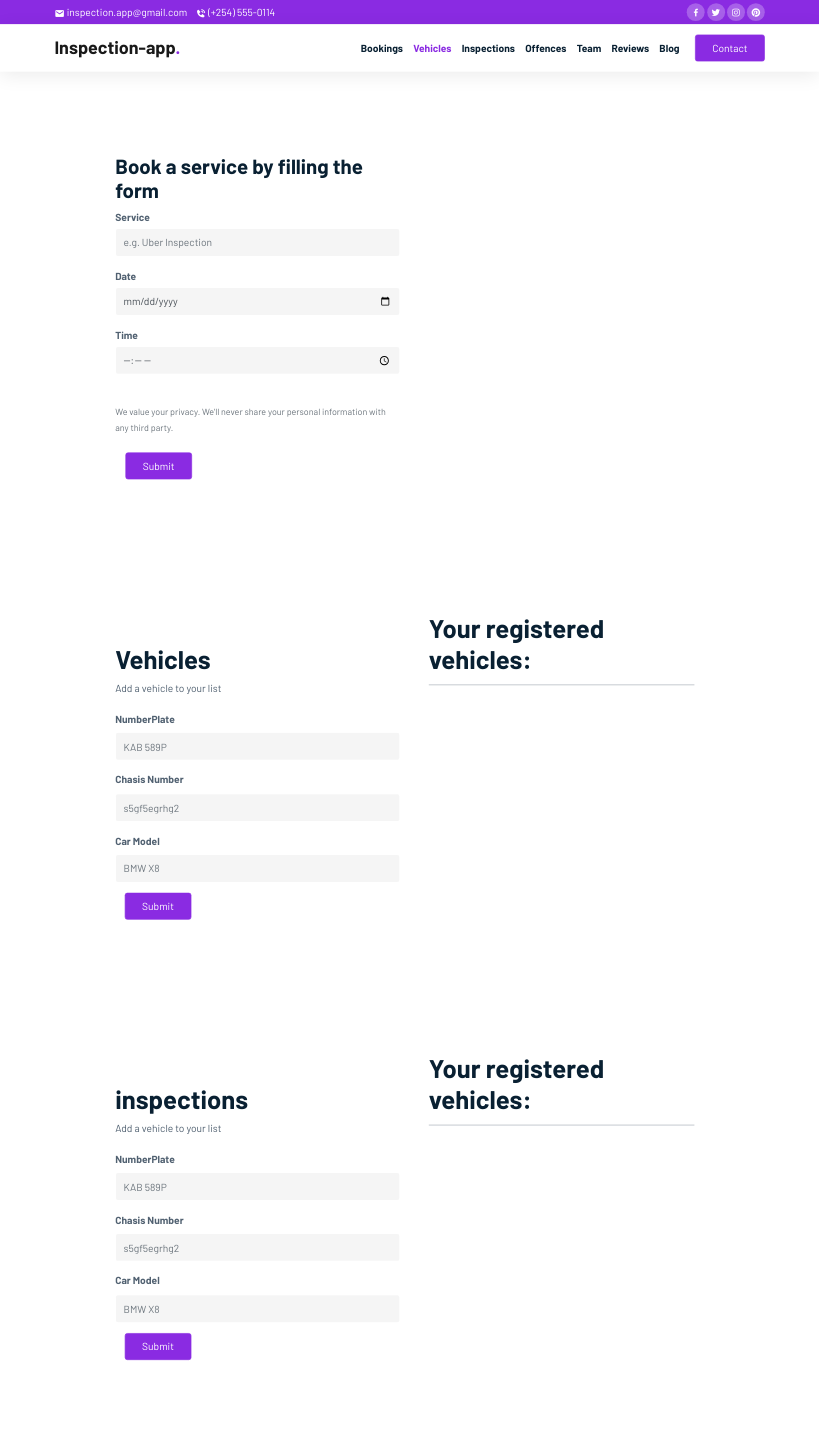
Repository: Jaynie8085/INSPECTION-APP
Page: client/dashboard.html
An editor plug-in stored every save of this project. The page is shown before and after the next save, followed by the edit.
The browser window is 1280 px wide. The pictures show the whole page, at 64% of full size.
The page's requests for data from a server got no answer. Some web libraries are served in a nearby version.

Above is the page before, as saved 2022-10-15 02:56:41.

### client/dashboard.html
<!DOCTYPE html>
<html lang="en">
<head>
    <meta charset="UTF-8">
    <meta http-equiv="X-UA-Compatible" content="IE=edge">
    <meta name="viewport" content="width=device-width, initial-scale=1.0"><script src="/js/axios/dist/axios.min.js"></script> <script src="main.js"></script>
        <!-- Bootstrap CSS -->
    <link rel="stylesheet" href="css/bootstrap.min.css">
    <link rel="stylesheet" href="css/owl.carousel.min.css">
    <link rel="stylesheet" href="css/owl.theme.default.min.css">
    <link href='https://unpkg.com/boxicons@2.1.1/css/boxicons.min.css' rel='stylesheet'>
    <link rel="stylesheet" href="https://stackpath.bootstrapcdn.com/bootstrap/4.1.3/css/bootstrap.min.css" integrity="sha384-MCw98/SFnGE8fJT3GXwEOngsV7Zt27NXFoaoApmYm81iuXoPkFOJwJ8ERdknLPMO"
    crossorigin="anonymous">
    <link rel="stylesheet" href="css/style.css">
    <title>userDashboard</title>
</head>
<body>
<body  data-bs-spy="scroll" data-bs-target=".navbar" data-bs-offset="70">


    <!-- TOP NAV -->
    <div class="top-nav" id="home">
        <div class="container">
            <div class="row justify-content-between">
                <div class="col-auto">
                    <p> <i class='bx bxs-envelope'></i> inspection.app@gmail.com</p>
                    <p> <i class='bx bxs-phone-call'></i> (+254) 555-0114</p>
                </div>
                <div class="col-auto social-icons">
                    <a href="#"><i class='bx bxl-facebook'></i></a>
                    <a href="#"><i class='bx bxl-twitter'></i></a>
                    <a href="#"><i class='bx bxl-instagram'></i></a>
                    <a href="#"><i class='bx bxl-pinterest'></i></a>
                </div>
            </div>
        </div>
    </div>

    <!-- BOTTOM NAV -->
    <nav class="navbar navbar-expand-lg navbar-light bg-white sticky-top">
        <div class="container">
            <a class="navbar-brand" href="index.html">Inspection-app<span class="dot">.</span></a>
            <button class="navbar-toggler" type="button" data-bs-toggle="collapse" data-bs-target="#navbarNav"
                aria-controls="navbarNav" aria-expanded="false" aria-label="Toggle navigation">
                <span class="navbar-toggler-icon"></span>
            </button>
            <div class="collapse navbar-collapse" id="navbarNav">
                <ul class="navbar-nav ms-auto">
                    <li class="nav-item">
                        <a class="nav-link" href="#home">Bookings</a>
                    </li>
                    <li class="nav-item">
                        <a class="nav-link" href="#vehicles">Vehicles</a>
                    </li>
                    <li class="nav-item">
                        <a class="nav-link" href="#services">Inspections</a>
                    </li>
                    <li class="nav-item">
                        <a class="nav-link" href="#portfolio">Offences</a>
                    </li>
                    <li class="nav-item">
                        <a class="nav-link" href="#team">Team</a>
                    </li>
                    <li class="nav-item">
                        <a class="nav-link" href="#reviews">Reviews</a>
                    </li>
                    <li class="nav-item">
                        <a class="nav-link" href="#blog">Blog</a>
                    </li>
                </ul>
                <a href="#" data-bs-toggle="modal" data-bs-target="#exampleModal" class="btn btn-brand ms-lg-3">Contact</a>
            </div>
        </div>
    </nav>
    <!-- Booking -->
    <section id="profile">
        <div class="container">
            <div class="row justify-content-center">
                <div id="customer-frm" class="col-lg-5 py-5">
                    <form  >
                        <h2>Book a service by filling the form </h2>
                    <div class="form-group">
                        <label for="service">Service</label>
                        <input type="service" class="form-control" id="service" aria-describedby="emailHelp" placeholder="e.g. Uber Inspection  ">

                    </div>
                    <div class="form-group">
                        <label for="date">Date</label>
                        <input type="date" class="form-control" id="date" >
                    </div>
                    <div class="form-group">
                        <label for="time">Time</label>
                        <input type="time" class="form-control" id="time">
                    </div>
                    <br><small id="emailHelp" class="form-text text-muted">We value your privacy. We'll never share your personal information with any third party.</small><br>
                    <button type="submit" class="btn btn-brand ms-lg-3" onclick="Booking();">Submit</button>
                    </form>

                </div>
                <div id="data-table" class="col-lg-5">

            </div>
        </div>
    </section>

    <!-- vehicles -->
    <section id="vehicles">
        <div class="container">
            <div class="row justify-content-center">
            <div id="customer-frm" class="col-lg-5 py-5">
                <form  >
                    <h1>Vehicles</h1>
                    <p>Add a vehicle to your list</p>
                    <div class="form-group">
                        <label for="numberplate" class="form-label">NumberPlate</label>
                        <input type="text" class="form-control" placeholder="KAB 589P" id="numberplate"
                            aria-describedby="emailHelp">
                    </div>
                    <div class="form-group">
                        <label for="chasisnumber" class="form-label">Chasis Number </label>
                        <input type="text" class="form-control" placeholder="s5gf5egrhg2" id="chasisnumber"
                            aria-describedby="emailHelp">
                    </div>
                    <div class="form-group">
                        <label for="model" class="form-label">Car Model</label>
                        <input type="model" class="form-control" placeholder="BMW X8" id="model"
                            aria-describedby="emailHelp">
                    </div>
                    <!-- <div class="col-12">
                        <label for="exampleInputEmail1" class="form-label">Enter General Description</label>
                        <textarea name="" placeholder="Type in your cars general description." class="form-contid=""  rows="4"></textarea>
                    </div> -->

                    <div class="col-12">
                        <button type="submit" class="btn btn-brand" onclick="vehicles();">Submit</button>
                    </div>
                </form>
                </div>
                <div class="col-lg-5">
                <div class="container center"><h1>Your registered vehicles:</h1>
                        <div >
                            <ul id="quote-list">
                            </ul>
                        </div>
                        <hr></div>
                </div>
                </div>
                </div>
        </div>
    </section>

    <!-- inspections -->
    <section id="inspections">
        <div class="container">
            <div class="row justify-content-center">
            <div id="customer-frm" class="col-lg-5 py-5">
                <form  >
                    <h1>inspections</h1>
                    <p>Add a vehicle to your list</p>
                    <div class="form-group">
                        <label for="numberplate" class="form-label">NumberPlate</label>
                        <input type="text" class="form-control" placeholder="KAB 589P" id="numberplate"
                            aria-describedby="emailHelp">
                    </div>
                    <div class="form-group">
                        <label for="chasisnumber" class="form-label">Chasis Number </label>
                        <input type="text" class="form-control" placeholder="s5gf5egrhg2" id="chasisnumber"
                            aria-describedby="emailHelp">
                    </div>
                    <div class="form-group">
                        <label for="model" class="form-label">Car Model</label>
                        <input type="model" class="form-control" placeholder="BMW X8" id="model"
                            aria-describedby="emailHelp">
                    </div>
                    <!-- <div class="col-12">
                        <label for="exampleInputEmail1" class="form-label">Enter General Description</label>
                        <textarea name="" placeholder="Type in your cars general description." class="form-contid=""  rows="4"></textarea>
                    </div> -->

                    <div class="col-12">
                        <button type="submit" class="btn btn-brand" onclick="vehicles();">Submit</button>
                    </div>
                </form>
                </div>
                <div class="col-lg-5">
                <div class="container center"><h1>Your registered vehicles:</h1>
                        <div >
                            <ul id="quote-list">
                            </ul>
                        </div>
                        <hr></div>
                </div>
                </div>
                </div>
        </div>
    </section>

    <!-- Modal -->
    <div class="modal fade" id="exampleModal" tabindex="-1" aria-labelledby="exampleModalLabel" aria-hidden="true">
        <div class="modal-dialog modal-dialog-centered modal-xl">
            <div class="modal-content">
                <div class="modal-body p-0">
                    <div class="container-fluid">
                        <div class="row gy-4">
                            <div class="col-lg-4 col-sm-12 bg-cover"
                                style="background-image: url(img/isco.jpg); min-height:300px;">
                                <div>

                                </div>
                            </div>
                            <div class="col-lg-8">
                                <form class="p-lg-5 col-12 row g-3">
                                    <div>
                                        <h1>Get in touch</h1>
                                    <p>Feel free to contact us and we will get back to you as soon as possible</p>
                                    </div>
                                    <div class="col-lg-6">
                                        <label for="userName" class="form-label">First name</label>
                                        <input type="text" class="form-control" placeholder="John" id="userName"
                                            aria-describedby="emailHelp">
                                    </div>
                                    <div class="col-lg-6">
                                        <label for="userName" class="form-label">Last name</label>
                                        <input type="text" class="form-control" placeholder="kamau" id="userName"
                                            aria-describedby="emailHelp">
                                    </div>
                                    <div class="col-12">
                                        <label for="userName" class="form-label">Email address</label>
                                        <input type="email" class="form-control" placeholder="Johnkamaa@gmail.com" id="userName"
                                            aria-describedby="emailHelp">
                                    </div>
                                    <div class="col-12">
                                        <label for="exampleInputEmail1" class="form-label">Enter Message</label>
                                        <textarea name="" placeholder="Yes,how can we help you,Type your message here." class="form-control" id=""  rows="4"></textarea>
                                    </div>

                                    <div class="col-12">
                                        <button type="submit" class="btn btn-brand">Send Message</button>
                                    </div>
                                </form>
                            </div>
                        </div>
                    </div>
                </div>

            </div>
        </div>
    </div>


<div class="modal fade" id="exampleModal" tabindex="-1" aria-labelledby="exampleModalLabel" aria-hidden="true">
        <div class="modal-dialog modal-dialog-centered modal-xl">
            <div class="modal-content">
                <div class="modal-body p-0">
                    <div class="container-fluid">
                        <div class="row gy-4">
                            <div class="col-lg-4 col-sm-12 bg-cover"
                                style="background-image: url(img/c2.jpg); min-height:300px;">
                                <div>

                                </div>
                            </div>
                            <div class="col-lg-8">
                                <form class="p-lg-5 col-12 row g-3">
                                    <div>
                                        <h1>Get in touch with us</h1>
                                    <p>Feel free to contact us and we will get back to you as soon as possible</p>
                                    </div>
                                    <div class="col-lg-6">
                                        <label for="userName" class="form-label">First name</label>
                                        <input type="text" class="form-control" placeholder="John" id="userName"
                                            aria-describedby="emailHelp">
                                    </div>
                                    <div class="col-lg-6">
                                        <label for="userName" class="form-label">Last name</label>
                                        <input type="text" class="form-control" placeholder="kamau" id="userName"
                                            aria-describedby="emailHelp">
                                    </div>
                                    <div class="col-12">
                                        <label for="userName" class="form-label">Email address</label>
                                        <input type="email" class="form-control" placeholder="Johnkamaa@gmail.com" id="userName"
                                            aria-describedby="emailHelp">
                                    </div>
                                    <div class="col-12">
                                        <label for="exampleInputEmail1" class="form-label">Enter Message</label>
                                        <textarea name="" placeholder="Yes,how can we help you,Type your message here,,," class="form-control" id=""  rows="4"></textarea>
                                    </div>

                                    <div class="col-12">
                                        <button type="submit" class="btn btn-brand">Send Message</button>
                                    </div>
                                </form>
                            </div>
                        </div>
                    </div>
                </div>

            </div>
        </div>
    </div>

    <script src="js/jquery.min.js"></script>
    <script src="js/bootstrap.bundle.min.js"></script>
    <script src="js/owl.carousel.min.js"></script>

    <script src="https://code.jquery.com/jquery-3.5.1.js"></script>
    <script src="https://cdn.datatables.net/1.12.1/js/jquery.dataTables.min.js"></script>
    <script src="js/app.js"></script>
    <script src="index.js"></script>


</body>
</html>

Loaded but not shown: client/js/axios/dist/axios.min.js (library); client/css/bootstrap.min.css (library); client/css/owl.carousel.min.css (library); client/js/jquery.min.js (library); client/js/bootstrap.bundle.min.js (library); client/js/owl.carousel.min.js (library); client/main.js (172 lines, source omitted); client/index.js (80 lines, source omitted); client/css/style.css (543 lines, source omitted); client/css/owl.theme.default.min.css (no copy from this time; the picture is the same without it); client/js/app.js (no copy from this time; the picture is the same without it)

After the next save:
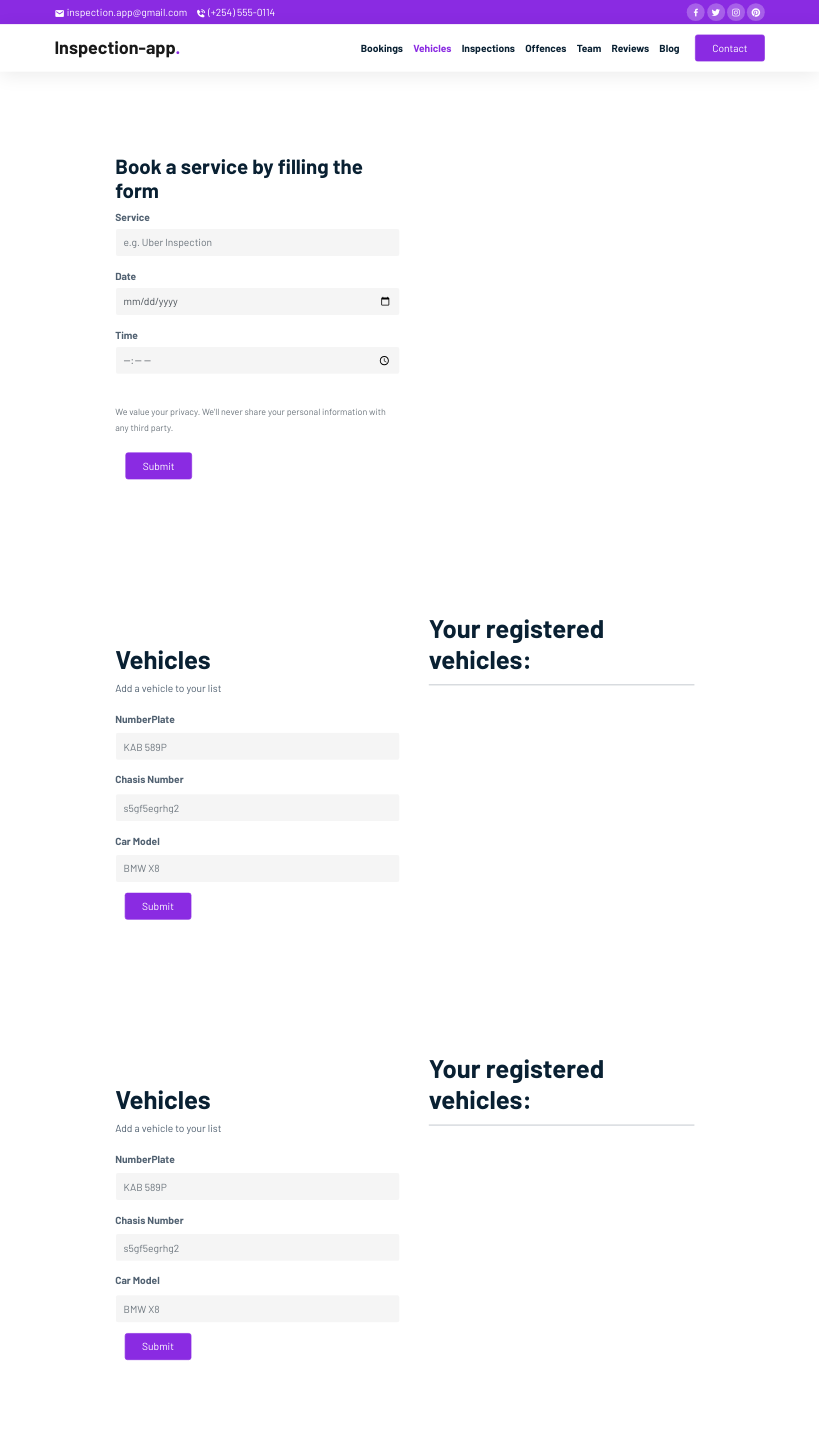
Saved 4 s later.
--- a/client/dashboard.html
+++ b/client/dashboard.html
@@ -149,13 +149,13 @@
         </div>
     </section>
 
-    <!-- inspections -->
-    <section id="inspections">
+    <!-- vehicles -->
+    <section id="vehicles">
         <div class="container">
             <div class="row justify-content-center">
             <div id="customer-frm" class="col-lg-5 py-5">
                 <form  >
-                    <h1>inspections</h1>
+                    <h1>Vehicles</h1>
                     <p>Add a vehicle to your list</p>
                     <div class="form-group">
                         <label for="numberplate" class="form-label">NumberPlate</label>

After the save that followed:
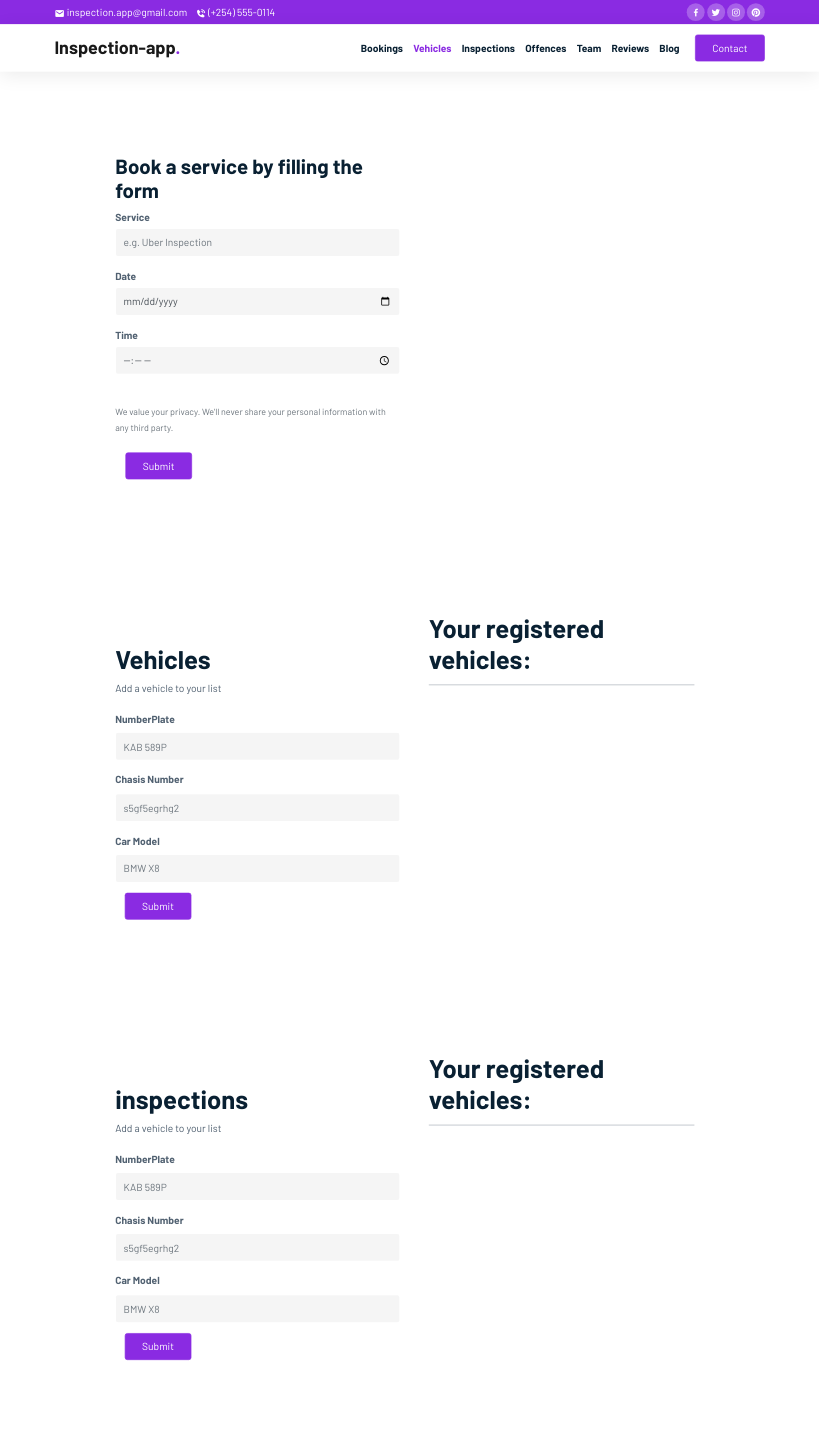
Saved 6 s later.
--- a/client/dashboard.html
+++ b/client/dashboard.html
@@ -149,13 +149,13 @@
         </div>
     </section>
 
-    <!-- vehicles -->
-    <section id="vehicles">
+    <!-- inspections -->
+    <section id="inspections">
         <div class="container">
             <div class="row justify-content-center">
             <div id="customer-frm" class="col-lg-5 py-5">
                 <form  >
-                    <h1>Vehicles</h1>
+                    <h1>inspections</h1>
                     <p>Add a vehicle to your list</p>
                     <div class="form-group">
                         <label for="numberplate" class="form-label">NumberPlate</label>
